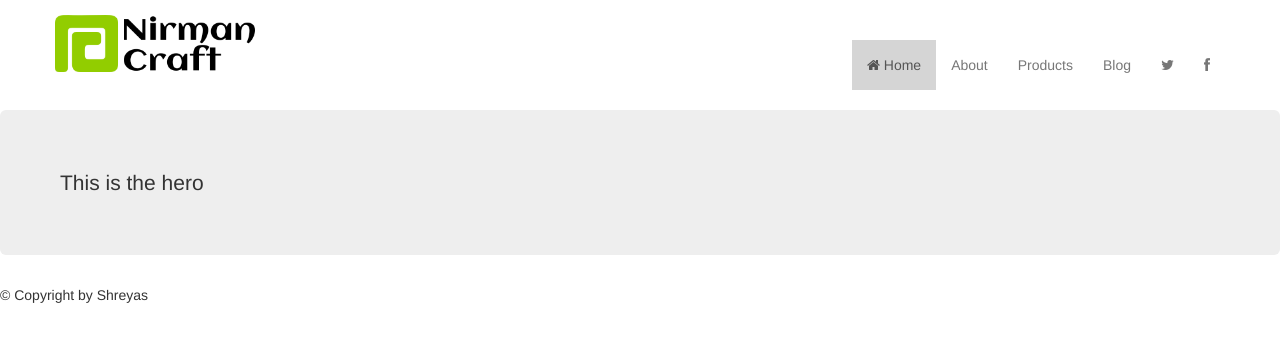
Repository: MeShreyas/NirmanCraftWebsite
Page: NirmanCraft/index.html
An editor plug-in stored every save of this project. The page is shown before and after the next save, followed by the edit.
The browser window is 1280 px wide. The pictures show the whole page.

Above is the page before, as saved 2013-10-07 11:58:48.
Console error: ReferenceError: jQuery is not defined

### NirmanCraft/index.html
<!DOCTYPE html>
<html lang="en">
	<head>
		<meta charset="utf-8">

		<!-- Always force latest IE rendering engine (even in intranet) & Chrome Frame
		Remove this if you use the .htaccess -->
		<meta http-equiv="X-UA-Compatible" content="IE=edge,chrome=1">

		<title>Nirman Craft</title>
		<meta name="description" content="">
		<meta name="author" content="Shreyas">

		<meta name="viewport" content="width=device-width; initial-scale=1.0">

		<!-- Replace favicon.ico & apple-touch-icon.png in the root of your domain and delete these references -->
		<link rel="shortcut icon" href="/favicon.ico">
		<link rel="stylesheet" href="css/bootstrap.min.css">
		<link rel="apple-touch-icon" href="/apple-touch-icon.png">
		<link rel="stylesheet" href="font-awesome/css/font-awesome.min.css"/>
	</head>

	<body>
		<div>
			<header role="banner" class="navbar" style="background-color: #FFFFFF">
				<div class="container">
					<div class="navbar-header">
						<a class="navbar-brand" href="../"><img src="images/nclogo.png" width="200px"/></a>
					</div>
					<div class="pull-right">
						<ul class="nav navbar-nav" style="padding-top:40px">
							<li class="active">
								<a href="../getting-started"><i class="icon-home"></i>&nbsp;Home</a>
							</li>
							<li>
								<a href="../css">About</a>
							</li>
							<li>
								<a href="../components">Products</a>
							</li>
							<li>
								<a href="../javascript">Blog</a>
							</li>
							<li>
								<a href="../customize"><i class="icon-twitter"></i></a>
							</li>
							<li>
								<a href="../customize"><i class="icon-facebook"></i></a>
							</li>
						</ul>
					</div>
				</div>
			</header>

			<div class="jumbotron">
				This is the hero
			</div>

			<footer>
				<p>
					&copy; Copyright  by Shreyas
				</p>
			</footer>
		</div>
		<script src="js/bootstrap.min.js" type="text/javascript" charset="utf-8"></script>
	</body>
</html>

Loaded but not shown: NirmanCraft/css/bootstrap.min.css (library); NirmanCraft/font-awesome/css/font-awesome.min.css (library); NirmanCraft/js/bootstrap.min.js (library)

After the next save:
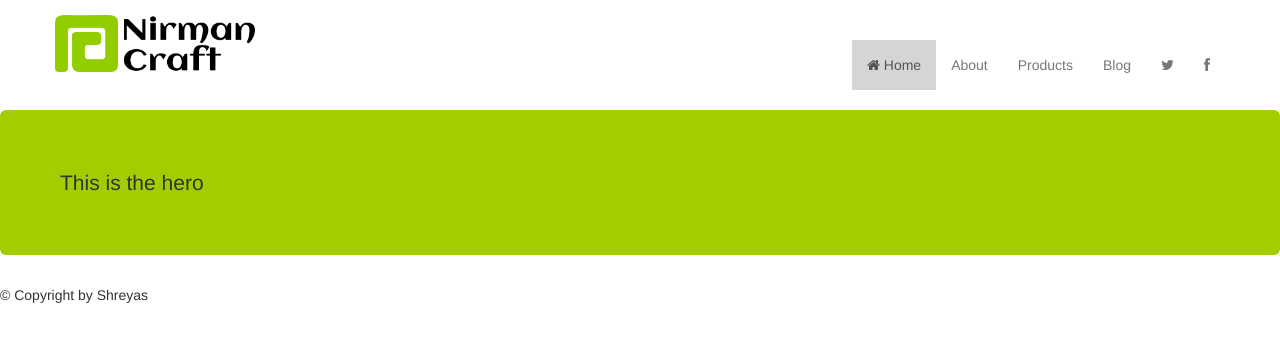
Saved 44 s later.
--- a/NirmanCraft/index.html
+++ b/NirmanCraft/index.html
@@ -52,7 +52,7 @@
 				</div>
 			</header>
 
-			<div class="jumbotron">
+			<div class="jumbotron" style="background-color: #A2CD00">
 				This is the hero
 			</div>
 
